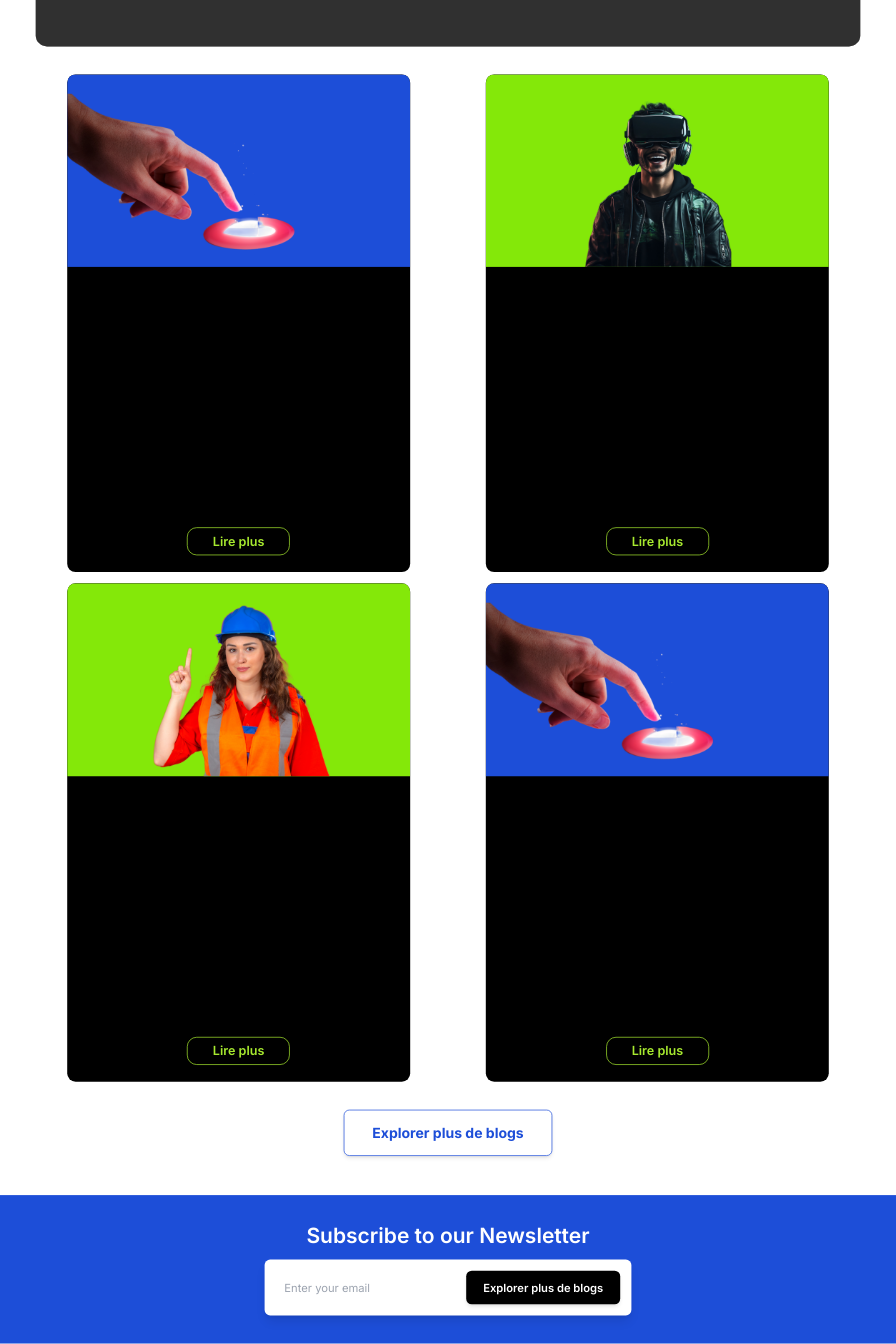
Repository: NassimeElkamari/test
Page: /blogs
These files come from the project's save history. The page is drawn as it stood at one moment and after the next save; the edit follows.
The browser window is 1280 px wide. The pictures show the part of the page from y = 585 to 2505 px (the page is 2505 px tall before and 2489 px after), at 70% of full size.
Pictures or frames that could not be fetched are drawn as grey boxes. The project was rebuilt for these pictures with package versions that can differ from the ones it lists, and the page was loaded fresh each time. The framework's server and built-in components were replaced by stand-ins that run in the browser. Also part of the build but not shown: next.config.mjs.

Above is the page before, as saved 2024-06-12 16:17:45.

After the next save:
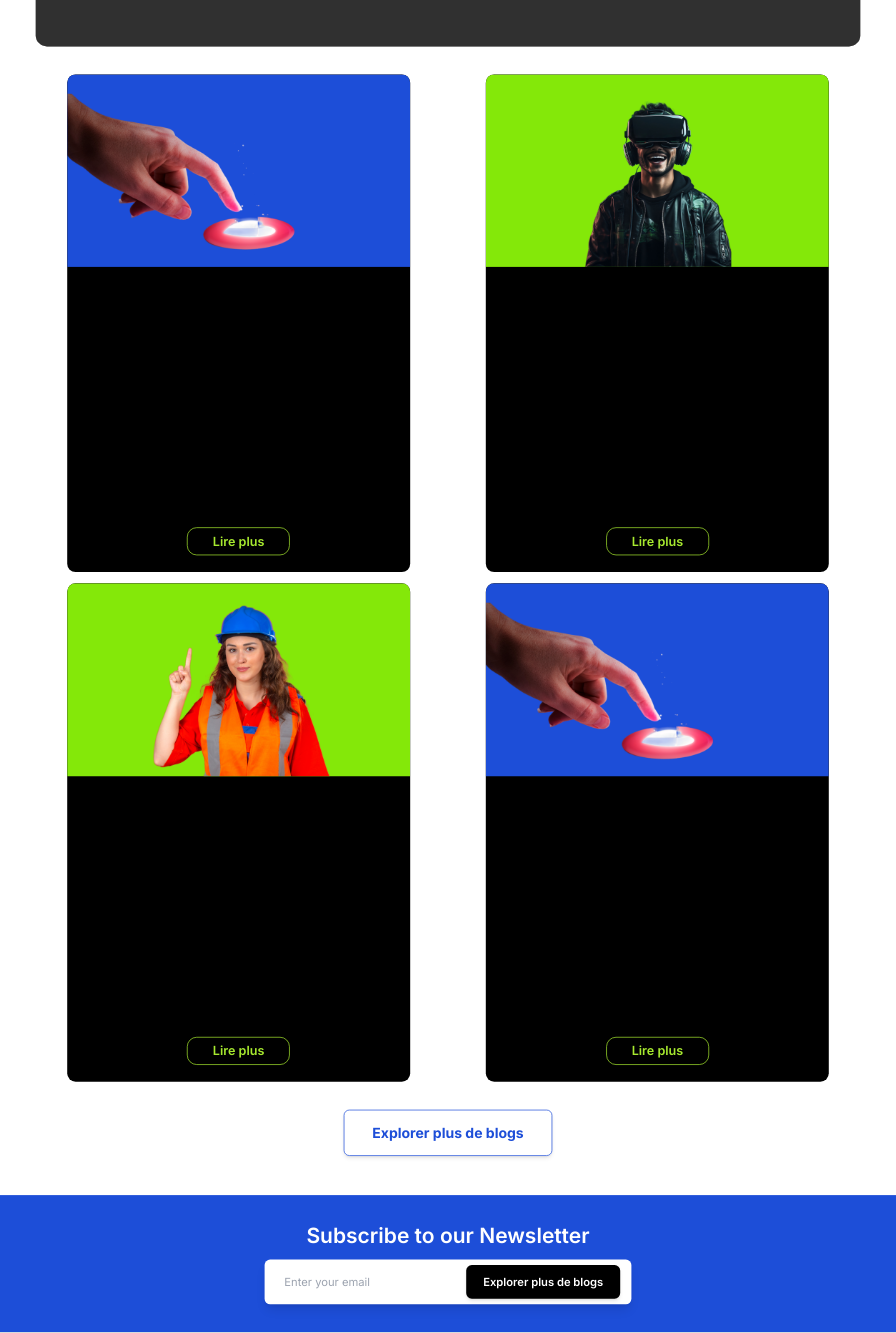
Saved 13 s later.
--- a/src/app/blogs/page.tsx
+++ b/src/app/blogs/page.tsx
@@ -68,7 +68,7 @@ const Blog = () => {
       </div>
       <div className="bg-[#1D4ED8] py-10 mt-10 flex flex-col items-center justify-center">
         <h2 className="text-3xl font-semibold text-white mb-4">Subscribe to our Newsletter</h2>
-        <div className="bg-white px-4 py-4 rounded-lg shadow-lg flex flex-col items-center sm:flex-row">
+        <div className="bg-white px-4 py-2 rounded-lg shadow-lg flex flex-col items-center sm:flex-row">
           <input
             type="email"
             placeholder="Enter your email"
